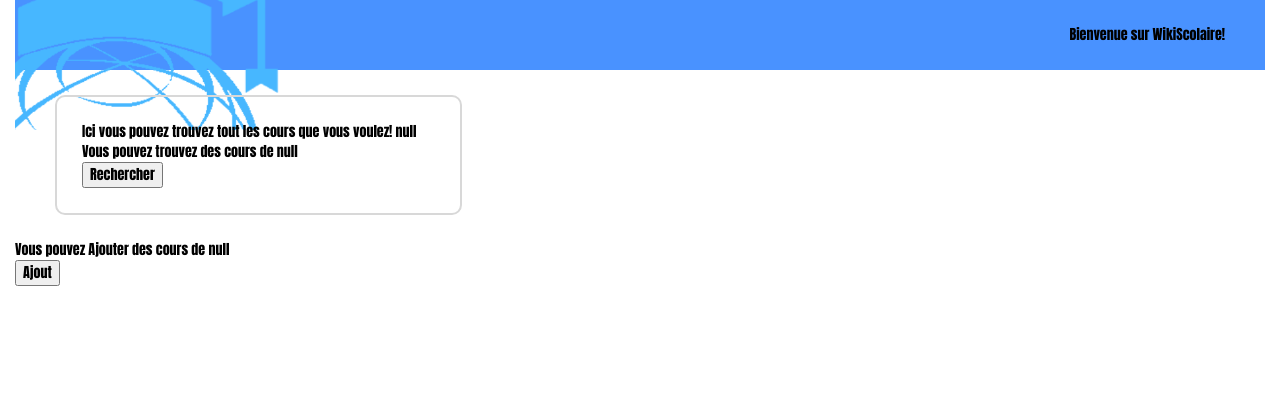
Repository: AntoAnt/WikiScolaire-
Page: http://localhost/InterfaceWikiScolair/WEB-INF/accueil.jsp
The author's editor kept a copy of each file at every save. The page is drawn from the files as they stood at one save, then again after the next save.
The browser window is 1280 px wide. The pictures show the whole page.
Some web fonts or font styles are not loaded; a fallback is used. The page is served by Tomcat 9. Nobody is signed in. Other server files are loaded and not shown. The template is opened directly, without the code that normally fills it, so the values that code supplies are empty.

Above is the page before, as saved 2017-04-27 16:40:58.

### InterfaceWikiScolair/WebContent/WEB-INF/accueil.jsp
<%@ page language="java" contentType="text/html; charset=ISO-8859-1"
    pageEncoding="ISO-8859-1"%>
<!DOCTYPE html PUBLIC "-//W3C//DTD HTML 4.01 Transitional//EN" "http://www.w3.org/TR/html4/loose.dtd">
<html>
<head>
    <meta charset="utf-8">
    <meta http-equiv="X-UA-Compatible" content="IE=edge">
    <meta name="viewport" content="width=device-width, initial-scale=1.0">
    <link href="/InterfaceWikiScolair/bootstrap-3.3.7-dist/css/bootstrap.min.css" rel="stylesheet">
    <link href="/InterfaceWikiScolair/font-awesome-4.6.3/css/font-awesome.min.css"  rel="stylesheet">
    <link href="https://fonts.googleapis.com/css?family=Crimson+Text" rel="stylesheet">
    <link href="/InterfaceWikiScolair/style.css" rel="stylesheet">
	<meta http-equiv="Content-Type" content="text/html; charset=ISO-8859-1">
<title>Accueil Utilisateur</title>
</head>
<body>
<div class="container-fluid">

            <img src="/InterfaceWikiScolair/image/testelogo.png" class="superpose"/>

            <!--Navbar-->
            <nav class="bar">
                <div class="container">
                    <ul class="nav navbar-nav navbar-right">
                        <li class="">
                        Bienvenue sur WikiScolaire!</br>
						</li>
                    </ul>
                </div>
            </nav>

<div class="container-fluid">
                <div class="col-xs-12 col-sm-12 col-lg-4 col-md-4 doc">
	Ici vous pouvez trouvez tout les cours que vous voulez!
	<%out.println(session.getAttribute("login"));%>
	Vous pouvez trouvez des cours de <%out.println(session.getAttribute("niv"));%>
	<form method="post" action="/InterfaceWikiScolair/ControleurPrincipal?idaction=Redirect_Recherche_Cours">
		<tr><td><input type="submit" name="Recherche_cours" value="Rechercher"></a></td></tr>
	</form>
		</div>
</div>
	<tr><td>Vous pouvez Ajouter des cours de <%out.println(session.getAttribute("niv"));%> </td></tr>
	<form method="post" action="/InterfaceWikiScolair/ControleurPrincipal?idaction=Redirect_Ajout_Cours">
		<tr><td><input type="submit" name="Ajout_cours" value="Ajout"></td></tr>
	</form>
</table>




</body>
</html>

### InterfaceWikiScolair/WebContent/style.css
body{
	font-family: 'Impact', serif;
	color: black;
}

.superpose {
   position: absolute;
   top: 0px;
   left: 15px;
   height: 130px;
}

.bar{
    background-color: #4992FF;
    padding: 25px;
}

.dropdown{
	margin-left: 50%;
}

.doc{
	margin:25px;
	padding: 25px;
	border-style: solid;
	border-color: #D8D8D8;
	border-radius: 10px;
	border-width: 2px;
}

a:hover {
	color: black;
	background-color: black;
}

.nav > li > a:hover {
  background-color: #4992FF;
}

@media screen and (max-width: 768px){
	.nonemin{
		display: none;
	}
}
@media screen and (min-width: 768px){
	.nonemax{
		display: none;
	}
}

Loaded but not shown: InterfaceWikiScolair/WebContent/bootstrap-3.3.7-dist/css/bootstrap.min.css (library); InterfaceWikiScolair/WebContent/font-awesome-4.6.3/css/font-awesome.min.css (library)

After the next save:
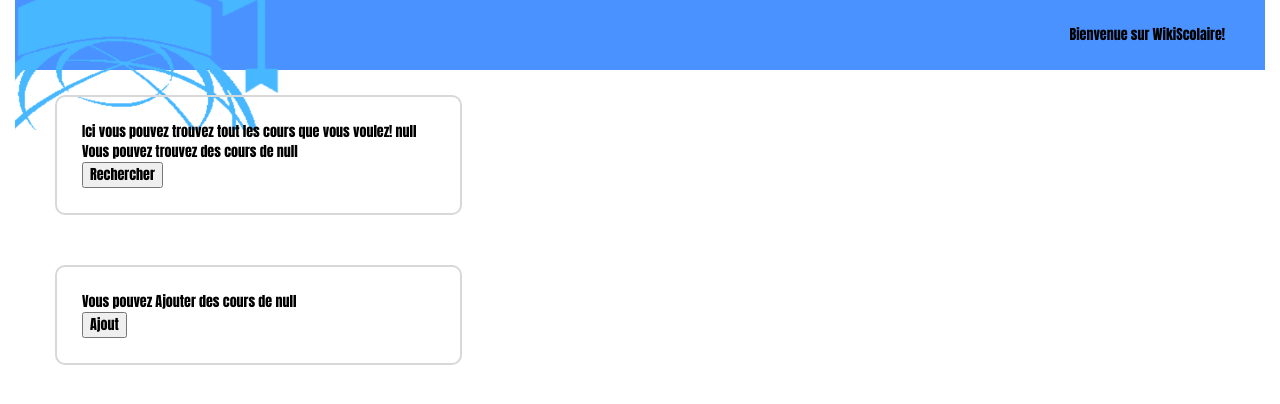
Saved 21 s later.
--- a/InterfaceWikiScolair/WebContent/WEB-INF/accueil.jsp
+++ b/InterfaceWikiScolair/WebContent/WEB-INF/accueil.jsp
@@ -39,10 +39,14 @@
 	</form>
 		</div>
 </div>
+<div class="container-fluid">
+                <div class="col-xs-12 col-sm-12 col-lg-4 col-md-4 doc">
 	<tr><td>Vous pouvez Ajouter des cours de <%out.println(session.getAttribute("niv"));%> </td></tr>
 	<form method="post" action="/InterfaceWikiScolair/ControleurPrincipal?idaction=Redirect_Ajout_Cours">
 		<tr><td><input type="submit" name="Ajout_cours" value="Ajout"></td></tr>
 	</form>
+	</div>
+</div>
 </table>
 
 
